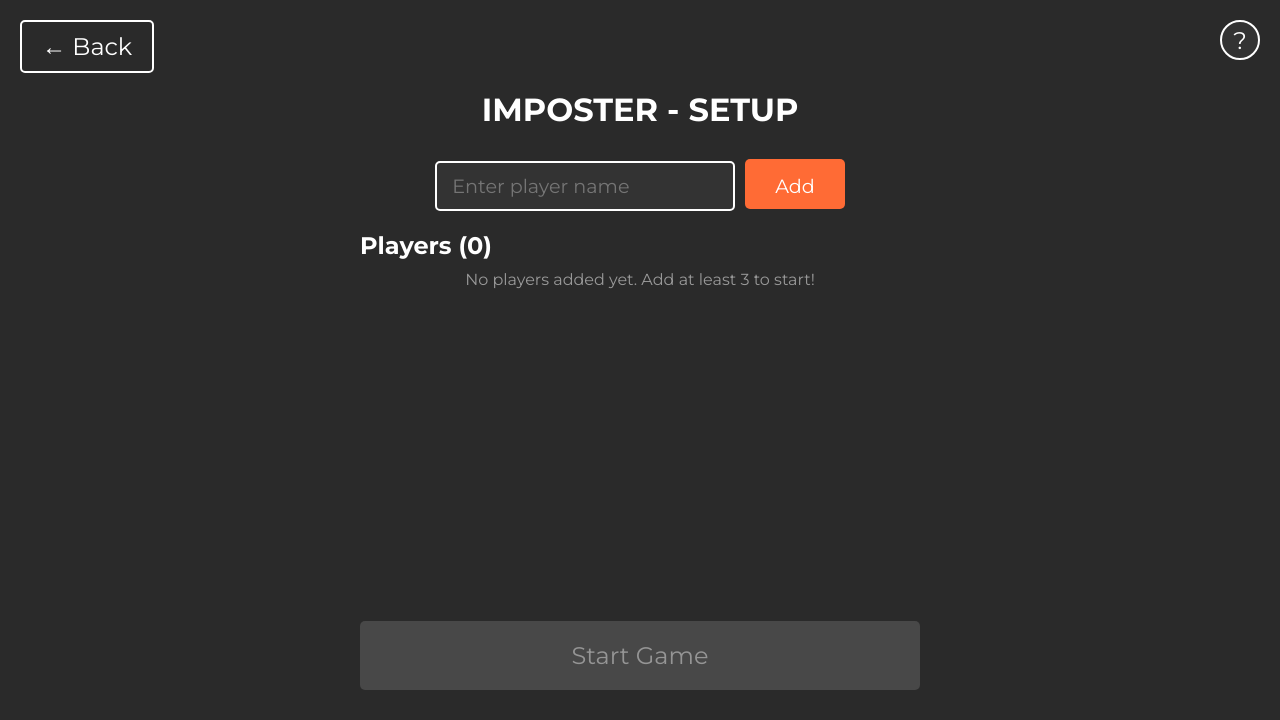
Repository: nfemmanuel/game-night-app
Page: /imposter-setup
An editor plug-in stored every save of this project. The page is shown before and after the next save, followed by the edit.
The browser window is 1280 px wide. The pictures show the whole page.
The project was rebuilt for these pictures with package versions that can differ from the ones it lists, and the page was loaded fresh each time. Also part of the build but not shown: src/components/GameCard.module.css, src/components/GameCard.jsx, src/pages/LandingPage.jsx, src/data/wordList.js, src/pages/ImposterReveal.jsx, src/pages/ImposterVoting.jsx.

Above is the page before, as saved 2026-01-02 16:19:58.

### public/index.html
<!DOCTYPE html>
<html lang="en">

<head>
  <meta charset="utf-8" />
  <link rel="icon" href="%PUBLIC_URL%/favicon.ico" />
  <link rel="preconnect" href="https://fonts.googleapis.com">
  <link rel="preconnect" href="https://fonts.gstatic.com" crossorigin>
  <link href="https://fonts.googleapis.com/css2?family=Montserrat:wght@400;600;700&display=swap" rel="stylesheet">
  <meta name="viewport" content="width=device-width, initial-scale=1, maximum-scale=1, user-scalable=no" />
  <meta name="theme-color" content="#000000" />
  <meta name="description" content="Web site created using create-react-app" />
  <link rel="apple-touch-icon" href="%PUBLIC_URL%/logo192.png" />
  <!--
      manifest.json provides metadata used when your web app is installed on a
      user's mobile device or desktop. See https://developers.google.com/web/fundamentals/web-app-manifest/
    -->
  <link rel="manifest" href="%PUBLIC_URL%/manifest.json" />
  <!--
      Notice the use of %PUBLIC_URL% in the tags above.
      It will be replaced with the URL of the `public` folder during the build.
      Only files inside the `public` folder can be referenced from the HTML.

      Unlike "/favicon.ico" or "favicon.ico", "%PUBLIC_URL%/favicon.ico" will
      work correctly both with client-side routing and a non-root public URL.
      Learn how to configure a non-root public URL by running `npm run build`.
    -->
  <title>NF's Game Night</title>
</head>

<body>
  <noscript>You need to enable JavaScript to run this app.</noscript>
  <div id="root"></div>
  <!--
      This HTML file is a template.
      If you open it directly in the browser, you will see an empty page.

      You can add webfonts, meta tags, or analytics to this file.
      The build step will place the bundled scripts into the <body> tag.

      To begin the development, run `npm start` or `yarn start`.
      To create a production bundle, use `npm run build` or `yarn build`.
    -->
</body>

</html>

### src/index.js
import React from 'react';
import ReactDOM from 'react-dom/client';
import './index.css';
import App from './App';
import reportWebVitals from './reportWebVitals';
import * as serviceWorkerRegistration from './serviceWorkerRegistration';

const root = ReactDOM.createRoot(document.getElementById('root'));
root.render(
  <React.StrictMode>
    <App />
  </React.StrictMode>
);

// If you want to start measuring performance in your app, pass a function
// to log results (for example: reportWebVitals(console.log))
// or send to an analytics endpoint. Learn more: https://bit.ly/CRA-vitals
reportWebVitals();

serviceWorkerRegistration.register();

### src/App.js
import { BrowserRouter, Routes, Route } from 'react-router-dom';
import './styles/global.css';
import LandingPage from './pages/LandingPage';
import ImposterSetup from './pages/ImposterSetup';
import ImposterReveal from './pages/ImposterReveal';
import ImposterVoting from './pages/ImposterVoting';

function App() {
  return (
    <BrowserRouter>
      <Routes>
        <Route path="/" element={<LandingPage />} />
        <Route path="/imposter-setup" element={<ImposterSetup />} />
        <Route path="/imposter-reveal" element={<ImposterReveal />} />
        <Route path="/imposter-voting" element={<ImposterVoting />} />
      </Routes>
    </BrowserRouter>
  );
}

export default App;

### src/serviceWorkerRegistration.js
export function register() {
    if ('serviceWorker' in navigator) {
        window.addEventListener('load', () => {
            navigator.serviceWorker.register('/service-worker.js').then(
                (registration) => {
                    console.log('SW registered: ', registration);
                },
                (error) => {
                    console.log('SW registration failed: ', error);
                }
            );
        });
    }
}

### src/styles/global.css
* {
    margin: 0;
    padding: 0;
    box-sizing: border-box;
}

body {
    font-family: 'Montserrat', 'Helvetica Neue', 'Arial', sans-serif;
    background-color: rgb(42, 42, 42);
    color: white;
    overflow: hidden;
}

button {
    cursor: pointer;
    border: none;
    border-radius: 5px;
    font-family: inherit;
    font-size: 1rem;
    padding: 10px 20px;
}

/* Prevent scrolling under fixed buttons */
body {
    padding-top: 70px;
}

/* Page title positioning */
.page-title {
    margin-top: 0;
    margin-bottom: 30px;
}

/* Mobile adjustments */
@media (max-width: 768px) {

    /* Page titles */
    .page-title {
        font-size: 2rem !important;
        margin-bottom: 20px;
    }

    /* General headings */
    h1 {
        font-size: 3rem !important;
    }

    h2 {
        font-size: 1.5rem !important;
    }

    h3 {
        font-size: 1.2rem !important;
    }

    p {
        font-size: 1rem !important;
    }

    /* Input fields */
    input[type="text"] {
        width: 100% !important;
        max-width: 300px !important;
        font-size: 1rem !important;
        padding: 12px !important;
        margin-right: 0 !important;
        margin-bottom: 10px !important;
    }

    /* Buttons */
    button {
        font-size: 1rem !important;
        padding: 12px 24px !important;
    }

    /* Smaller back/help buttons */
    .back-button {
        padding: 8px 12px !important;
        font-size: 1rem !important;
        top: 10px !important;
        left: 10px !important;
    }

    .help-button-container {
        top: 10px !important;
        right: 10px !important;
    }

    .help-button {
        width: 30px !important;
        height: 30px !important;
        font-size: 1.2rem !important;
    }

    /* Reveal card */
    .reveal-card {
        width: 280px !important;
        height: 400px !important;
    }

    .reveal-card h2 {
        font-size: 2rem !important;
    }

    /* Reduce padding on mobile */
    body {
        padding-top: 60px;
    }
}

@media (max-width: 480px) {
    .page-title {
        font-size: 1.5rem !important;
    }

    h1 {
        font-size: 2.5rem !important;
    }

    input[type="text"] {
        font-size: 0.9rem !important;
        padding: 10px !important;
    }

    button {
        font-size: 0.9rem !important;
        padding: 10px 20px !important;
    }

    .reveal-card {
        width: 240px !important;
        height: 340px !important;
    }

    .reveal-card h2 {
        font-size: 1.8rem !important;
    }
}

/* Landing page can scroll on mobile */
.landing-page {
    overflow-y: auto !important;
    height: 100vh;
}

### src/pages/ImposterSetup.jsx
import { useState } from 'react';
import BackButton from '../components/BackButton';
import HelpButton from '../components/HelpButton';
import { useNavigate, useLocation } from 'react-router-dom';
import { DndContext, closestCenter } from '@dnd-kit/core';
import { arrayMove, SortableContext, verticalListSortingStrategy, useSortable } from '@dnd-kit/sortable';
import { CSS } from '@dnd-kit/utilities';

// Sortable Item Component
function SortablePlayer({ player, index, onRemove }) {
    const {
        attributes,
        listeners,
        setNodeRef,
        transform,
        transition,
        isDragging
    } = useSortable({ id: player });

    const style = {
        transform: CSS.Transform.toString(transform),
        transition,
        fontSize: '1.3rem',
        margin: '15px 0',
        display: 'flex',
        alignItems: 'center',
        justifyContent: 'space-between',
        backgroundColor: isDragging ? '#444' : '#333',
        padding: '10px 20px',
        borderRadius: '10px',
        cursor: 'grab',
        userSelect: 'none',
        opacity: isDragging ? 0.5 : 1
    };

    return (
        <li ref={setNodeRef} style={style} {...attributes} {...listeners}>
            <span>
                <span style={{ marginRight: '10px', color: '#999' }}>☰</span>
                {index + 1}. {player}
            </span>
            <button
                onClick={(e) => {
                    e.stopPropagation();
                    onRemove();
                }}
                style={{
                    padding: '5px 15px',
                    backgroundColor: '#E74C3C',
                    color: 'white',
                    cursor: 'pointer',
                    border: 'none',
                    borderRadius: '5px'
                }}
            >
                ✕
            </button>
        </li>
    );
}

function ImposterSetup() {
    const navigate = useNavigate();
    const location = useLocation();

    const [playerName, setPlayerName] = useState('');
    const [players, setPlayers] = useState(location.state?.players || []);

    const addPlayer = () => {
        if (playerName.trim() && !players.includes(playerName.trim())) {
            setPlayers([...players, playerName.trim()]);
            setPlayerName('');
        }
    };

    const removePlayer = (indexToRemove) => {
        setPlayers(players.filter((_, index) => index !== indexToRemove));
    };

    const resetPlayers = () => {
        setPlayers([]);
    };

    const handleKeyPress = (e) => {
        if (e.key === 'Enter') {
            addPlayer();
        }
    };

    const handleDragEnd = (event) => {
        const { active, over } = event;

        if (active.id !== over.id) {
            setPlayers((items) => {
                const oldIndex = items.indexOf(active.id);
                const newIndex = items.indexOf(over.id);
                return arrayMove(items, oldIndex, newIndex);
            });
        }
    };

    const startGame = () => {
        navigate('/imposter-reveal', {
            state: { players }
        });
    };

    return (
        <div style={{
            padding: '20px',
            textAlign: 'center',
            maxWidth: '600px',
            margin: '0 auto',
            height: 'calc(100vh - 80px)',
            display: 'flex',
            flexDirection: 'column',
            overflow: 'hidden'
        }}>
            <BackButton to="/" />
            <HelpButton />

            <h1 className="page-title">IMPOSTER - SETUP</h1>

            {/* Input section - fixed */}
            <div style={{ marginBottom: '20px', flexShrink: 0 }}>
                <input
                    type="text"
                    value={playerName}
                    onChange={(e) => setPlayerName(e.target.value)}
                    onKeyPress={handleKeyPress}
                    placeholder="Enter player name"
                    style={{
                        padding: '15px',
                        fontSize: '1.2rem',
                        borderRadius: '5px',
                        border: '2px solid white',
                        width: '300px',
                        height: '50px',
                        marginRight: '10px',
                        fontFamily: 'inherit',
                        backgroundColor: '#333',
                        color: 'white',
                    }}
                />
                <button
                    onClick={addPlayer}
                    style={{
                        height: '50px',
                        padding: '15px 30px',
                        fontSize: '1.2rem',
                        backgroundColor: '#FF6B35',
                        color: 'white'
                    }}
                >
                    Add
                </button>
            </div>

            {/* Player list header - fixed */}
            <div style={{
                display: 'flex',
                justifyContent: 'space-between',
                alignItems: 'center',
                marginBottom: '10px',
                flexShrink: 0
            }}>
                <h2>Players ({players.length})</h2>
                {players.length > 0 && (
                    <button
                        onClick={resetPlayers}
                        style={{
                            padding: '10px 20px',
                            fontSize: '1rem',
                            backgroundColor: '#E74C3C',
                            color: 'white',
                            cursor: 'pointer'
                        }}
                    >
                        Reset All
                    </button>
                )}
            </div>

            {/* SCROLLABLE PLAYER LIST - Drag and drop enabled */}
            <div style={{
                flex: 1,
                overflowY: 'auto',
                marginBottom: '20px',
                minHeight: 0
            }}>
                {players.length === 0 ? (
                    <p style={{ color: '#999' }}>No players added yet. Add at least 3 to start!</p>
                ) : (
                    <DndContext collisionDetection={closestCenter} onDragEnd={handleDragEnd}>
                        <SortableContext items={players} strategy={verticalListSortingStrategy}>
                            <ul style={{ listStyle: 'none', padding: 0, margin: 0 }}>
                                {players.map((player, index) => (
                                    <SortablePlayer
                                        key={player}
                                        player={player}
                                        index={index}
                                        onRemove={() => removePlayer(index)}
                                    />
                                ))}
                            </ul>
                        </SortableContext>
                    </DndContext>
                )}
            </div>

            {/* START BUTTON - Sticky at bottom */}
            <footer style={{ flexShrink: 0 }}>
                <button
                    onClick={startGame}
                    disabled={players.length < 3}
                    style={{
                        padding: '20px 40px',
                        fontSize: '1.5rem',
                        backgroundColor: players.length >= 3 ? '#4CAF50' : '#666',
                        color: 'white',
                        cursor: players.length >= 3 ? 'pointer' : 'not-allowed',
                        opacity: players.length >= 3 ? 1 : 0.5,
                        width: '100%'
                    }}
                >
                    Start Game
                </button>
            </footer>
        </div>
    );
}

export default ImposterSetup;

### src/components/HelpButton.jsx
import { useState } from 'react';

function HelpButton() {
    const [showHelp, setShowHelp] = useState(false);

    return (
        <div
            className="help-button-container"
            style={{
                position: 'fixed',
                top: '20px',
                right: '20px',
                zIndex: 1000
            }}
            onMouseEnter={() => setShowHelp(true)}
            onMouseLeave={() => setShowHelp(false)}
        >
            <div
                className="help-button"
                style={{
                    width: '40px',
                    height: '40px',
                    borderRadius: '50%',
                    border: '2px solid white',
                    color: 'white',
                    fontSize: '1.5rem',
                    display: 'flex',
                    alignItems: 'center',
                    justifyContent: 'center',
                    cursor: 'pointer',
                    backgroundColor: '#333'
                }}
            >
                ?
            </div>

            {showHelp && (
                <div
                    style={{
                        position: 'absolute',
                        top: '50px',
                        right: '0',
                        backgroundColor: '#222',
                        border: '2px solid white',
                        borderRadius: '10px',
                        padding: '20px',
                        width: '300px',
                        maxWidth: '90vw',
                        textAlign: 'left',
                        fontSize: '0.9rem',
                        lineHeight: '1.5'
                    }}
                >
                    <h3 style={{ marginTop: 0, marginBottom: '10px', fontSize: '1.1rem' }}>
                        How to Play Imposter
                    </h3>
                    <ol style={{ paddingLeft: '20px', margin: 0 }}>
                        <li>Add 3+ player names</li>
                        <li>One random player is secretly the imposter</li>
                        <li>Everyone else sees the same secret word</li>
                        <li>Pass the phone around - each player holds the card to see their word</li>
                        <li>The imposter sees "You're the imposter. Shh!"</li>
                        <li>After everyone has seen their card, discuss and guess who the imposter is</li>
                        <li>Vote for the imposter or skip to reveal</li>
                    </ol>
                </div>
            )}
        </div>
    );
}

export default HelpButton;

### src/components/BackButton.jsx
import { useNavigate, useLocation } from 'react-router-dom';

function BackButton({ to = '/', preserveState = false }) {
    const navigate = useNavigate();
    const location = useLocation();

    const handleBack = () => {
        if (preserveState && location.state) {
            // Pass along any state (like players list)
            navigate(to, { state: location.state });
        } else {
            navigate(to);
        }
    };

    return (
        <button
            onClick={handleBack}
            className="back-button"
            style={{
                position: 'fixed',
                top: '20px',
                left: '20px',
                padding: '10px 20px',
                fontSize: '1.5rem',
                backgroundColor: 'transparent',
                border: '2px solid white',
                color: 'white',
                cursor: 'pointer',
                borderRadius: '5px',
                zIndex: 1000
            }}
        >
            ← Back
        </button>
    );
}

export default BackButton;

Loaded but not shown: src/index.css (common file); src/reportWebVitals.js (common file)

After the next save:
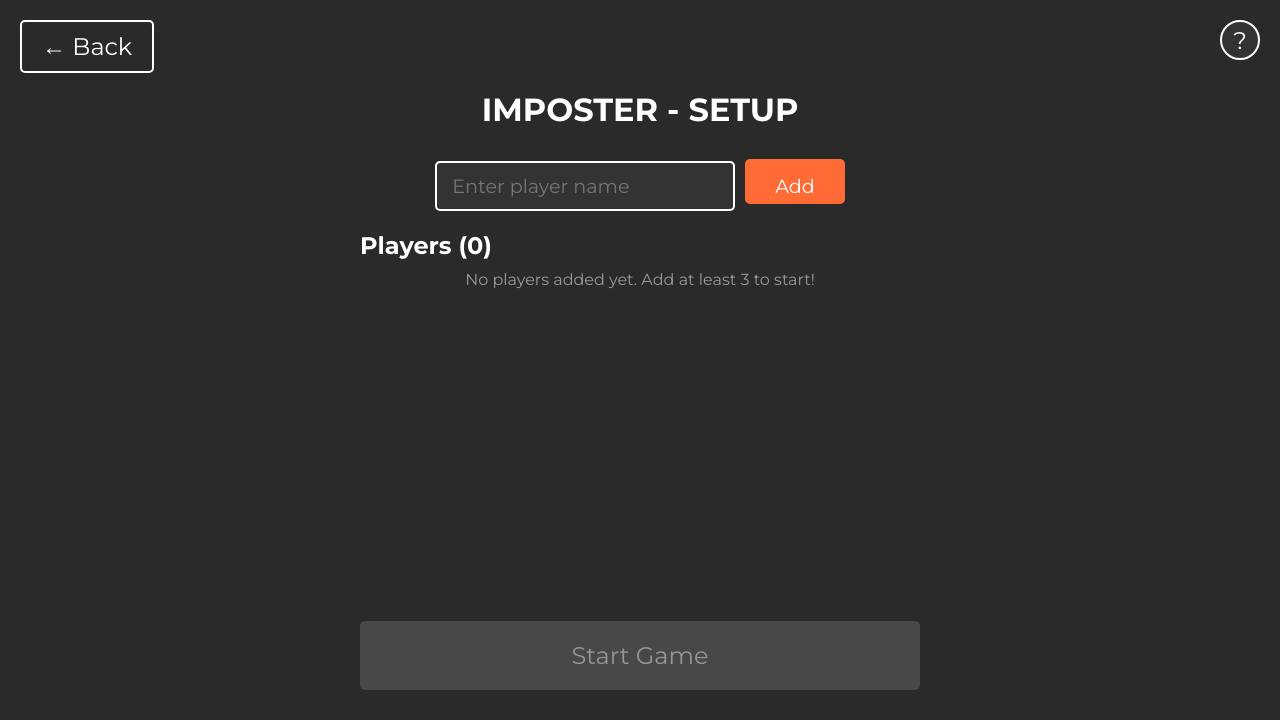
Saved 2 min 25 s later.
--- a/src/pages/ImposterSetup.jsx
+++ b/src/pages/ImposterSetup.jsx
@@ -145,7 +145,7 @@
                 <button
                     onClick={addPlayer}
                     style={{
-                        height: '50px',
+                        height: '45px',
                         padding: '15px 30px',
                         fontSize: '1.2rem',
                         backgroundColor: '#FF6B35',
